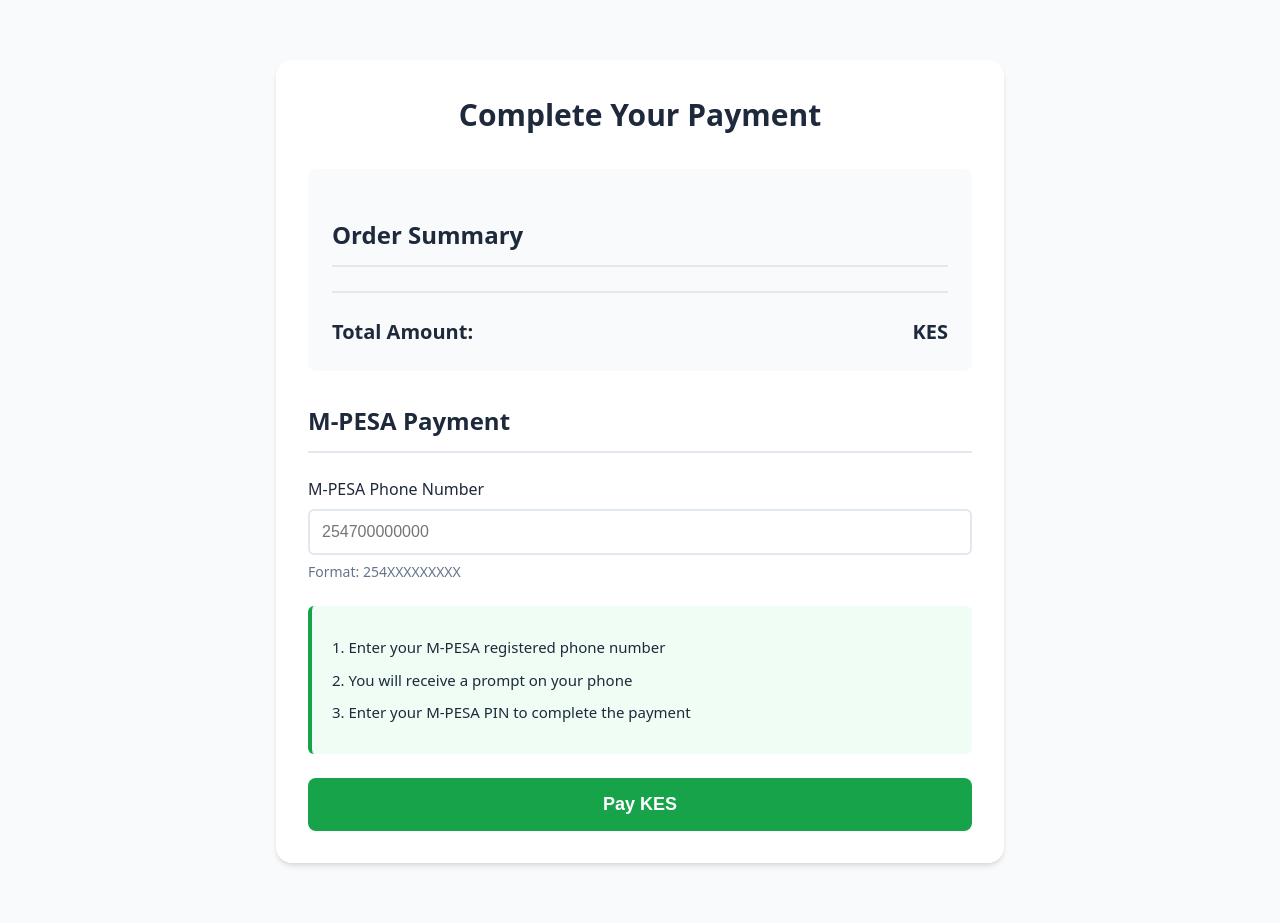
Repository: mrPractise/Susan-Portfolio
Page: templates/mpesa/payment.html
These files come from the project's save history. The page is drawn as it stood at one moment and after the next save; the edit follows.
The browser window is 1280 px wide. The pictures show the whole page.
The page is served by the project's application, run on Django 5.2 (manage.py). The template is opened directly, without the code that normally fills it, so the values that code supplies are empty.

Above is the page before, as saved 2024-10-31 16:01:14.

After the next save:
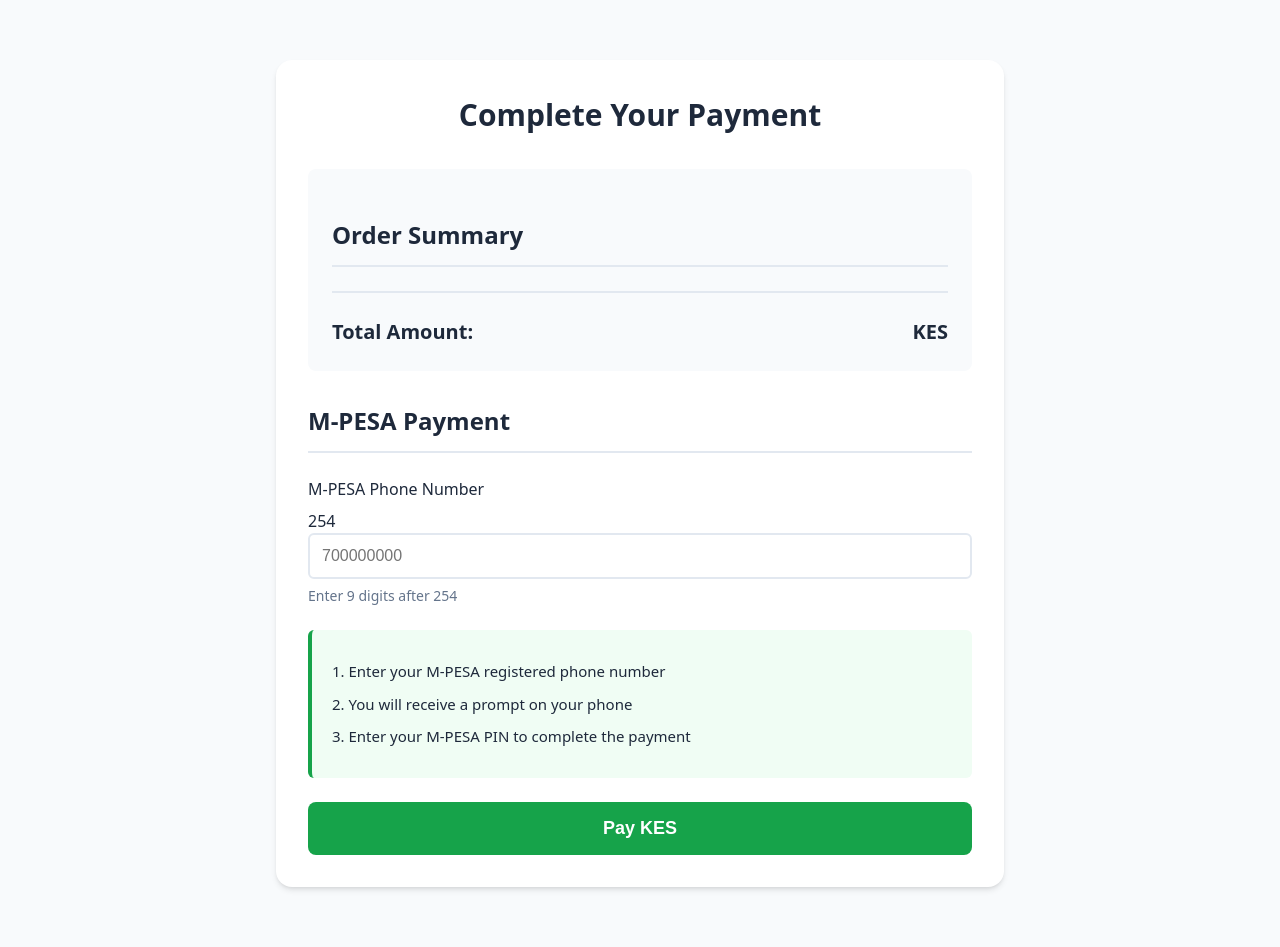
Saved 3 min 16 s later.
--- a/templates/mpesa/payment.html
+++ b/templates/mpesa/payment.html
@@ -52,16 +52,24 @@
                 <h2>M-PESA Payment</h2>
                 <form method="post" action="{% url 'process_payment' event.slug %}">
                     {% csrf_token %}
-                    <div class="form-group">
-                        <label for="phone">M-PESA Phone Number</label>
+                            <div class="form-group">
+                    <label for="phone">M-PESA Phone Number</label>
+                    <div class="phone-input-container">
+                        <div class="country-prefix">
+                            <div class="flag-icon"></div>
+                            <span class="prefix-number">254</span>
+                        </div>
                         <input type="tel"
-                               id="phone"
-                               name="phone"
-                               pattern="254[0-9]{9}"
-                               placeholder="254700000000"
-                               required>
-                        <small class="help-text">Format: 254XXXXXXXXX</small>
+                            id="phone"
+                            name="phone"
+                            class="phone-input"
+                            pattern="[0-9]{9}"
+                            placeholder="700000000"
+                            maxlength="9"
+                            required>
                     </div>
+                    <small class="help-text">Enter 9 digits after 254</small>
+                </div>
 
                     <div class="mpesa-instructions">
                         <p>1. Enter your M-PESA registered phone number</p>
